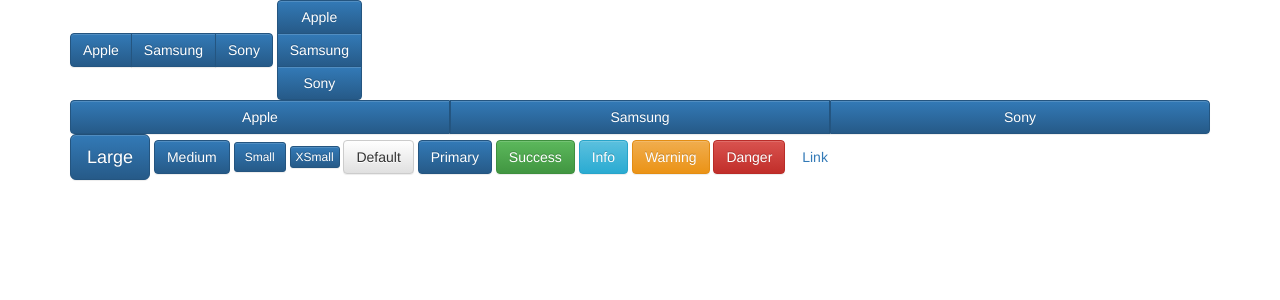
Repository: IreneCho/sk
Page: jqmTest/WebContent/day15/bootTest/e.html
An editor plug-in stored every save of this project. The page is shown before and after the next save, followed by the edit.
The browser window is 1280 px wide. The pictures show the whole page.

Above is the page before, as saved 2016-08-18 06:17:26.
Console error (its wording comes from the project's code and is left out).

After the next save:
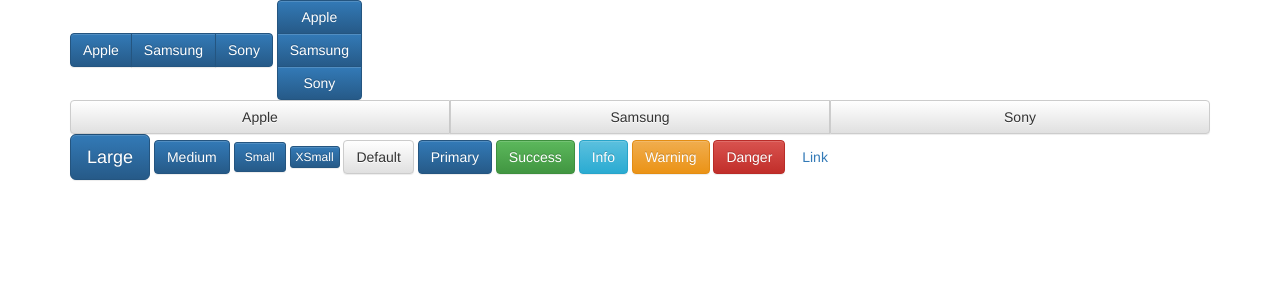
Saved 46 s later.
--- a/jqmTest/WebContent/day15/bootTest/e.html
+++ b/jqmTest/WebContent/day15/bootTest/e.html
@@ -23,9 +23,9 @@
 		</div>
 
 		<div class="btn-group btn-group-justified">
-		  <a href="#" class="btn btn-primary">Apple</a>
-		  <a href="#" class="btn btn-primary">Samsung</a>
-		  <a href="#" class="btn btn-primary">Sony</a>
+		  <a href="#" class="btn btn-default">Apple</a>
+		  <a href="#" class="btn btn-default">Samsung</a>
+		  <a href="#" class="btn btn-default">Sony</a>
 		</div>
 
 		<button type="button" class="btn btn-primary btn-lg">Large</button>
